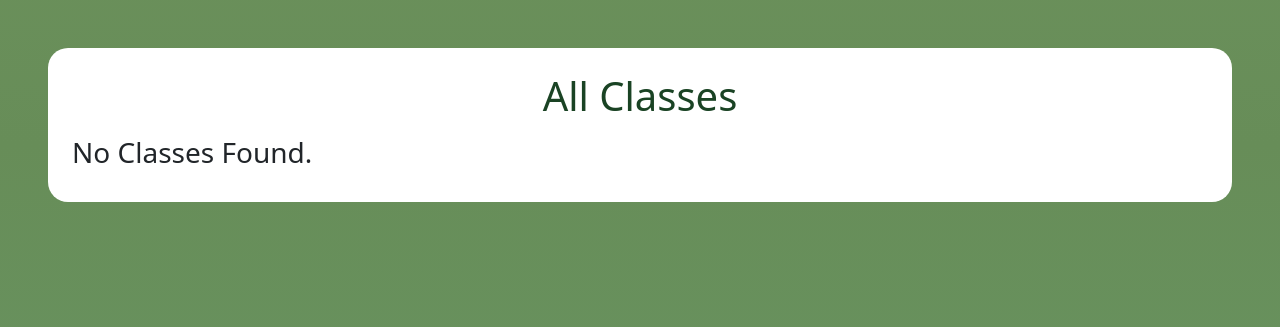
Repository: ronetteguevara/CalTech-ZumbaApp
Page: http://localhost/ZumbaApp/ViewClasses.jsp
These files come from the project's save history. The page is drawn as it stood at one moment and after the next save; the edit follows.
The browser window is 1280 px wide. The pictures show the whole page.
The page is served by Tomcat 10. Queries for data that is not in the repository find no rows.

Above is the page before, as saved 2024-05-03 02:03:41.

After the next save:
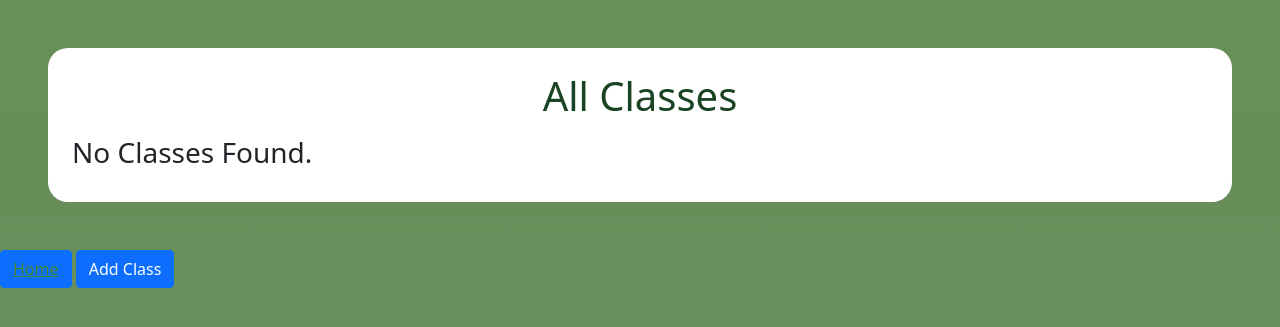
Saved 3 min 53 s later.
--- a/ZumbaApp/ZumbaApp/src/main/webapp/ViewClasses.jsp
+++ b/ZumbaApp/ZumbaApp/src/main/webapp/ViewClasses.jsp
@@ -56,5 +56,8 @@
             out.print("</div>");
         %>
 
+        <button type="button" class="btn btn-primary"><a href="Home">Home</a></button>
+        <button type="button" class="btn btn-primary"><a hred="add-class.html">Add Class</a></button>
+
 </body>
 </html>
